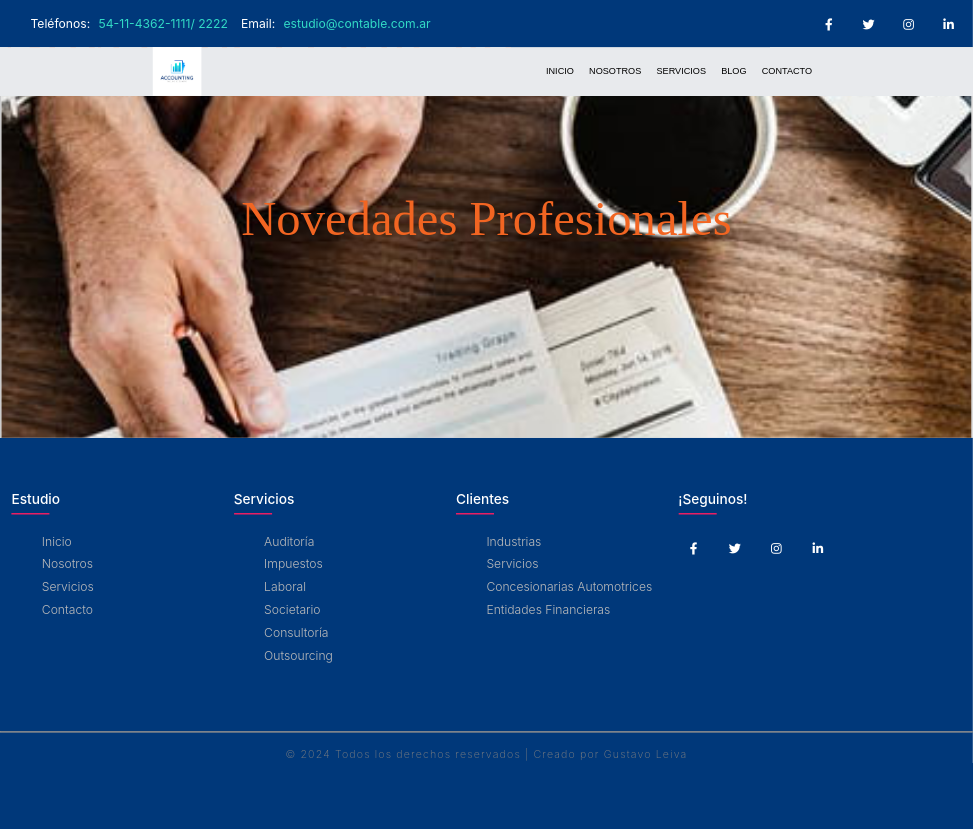
Repository: Gustavo-Leiva/estudioContable
Page: html/blog.html
These files come from the project's save history. The page is drawn as it stood at one moment and after a run of saves; the edit follows.
The browser window is 1280 px wide. The pictures show the whole page, at 76% of full size.
Some web libraries are served in a nearby version.

Above is the page before, as saved 2025-01-31 17:57:00.

### html/blog.html
<!DOCTYPE html>
<html lang="en">
<head>
    <meta charset="UTF-8">
    <meta name="viewport" content="width=device-width, initial-scale=1.0">
    <title>Blog</title>
    <script src="https://kit.fontawesome.com/363b4ef9d0.js" crossorigin="anonymous"></script>
    <link rel="stylesheet" type="text/css" href="https://cdnjs.cloudflare.com/ajax/libs/font-awesome/6.0.0/css/all.min.css">
    <link rel="stylesheet" type="text/css" href="/css/style.css">
    <script src="../js/app.js"></script>
</head>
<body>
    <header id="home" class="header">
        <nav class="nav">
            <div class="container-all">
                <div class="container-contacto">
                    <div class="contacto">
                        <ul class="nav-contacto">
                            <li>
                                <span class="contac">Teléfonos:</span>
                                <a href="#" class="phone">54-11-4362-1111/ 2222</a>
                            </li>
                            <li>
                                <span class="contac">Email:</span>
                                <a href="#" class="email">estudio@contable.com.ar</a>
                            </li>
                        </ul>
                    </div>
                    <div class="social-links">
                        <a href="#"><i class="fab fa-facebook-f"></i></a>
                        <a href="#"><i class="fab fa-twitter"></i></a>
                        <a href="#"><i class="fab fa-instagram"></i></a>
                        <a href="#"><i class="fab fa-linkedin-in"></i></a>
                    </div>
                </div>
                <div class="nav-items">
                    <img src="../img/logo2.jpg" alt="Logo del estudio" class="imagen-logo">
                    <button id="abrir" class="abrir-menu"><i class="fas fa-bars"></i></button>
                    <div class="nav-menu" id="nav">
                        <button id="cerrar" class="cerrar-menu"><i class="fa-solid fa-xmark"></i></button>
                        <ul class="nav-list">
                            <li class="menu-item"><a href="/index.html">Inicio</a></li>
                            <li class="menu-item"><a href="/html/nosotros.html">Nosotros</a></li>
                            <li class="menu-item"><a href="/html/servicios.html">Servicios</a></li>
                            <li class="menu-item"><a href="/html/blog.html">Blog</a></li>
                            <li class="menu-item"><a href="/html/contacto.html">Contacto</a></li>
                        </ul>
                    </div>
                </div>
            </div>
        </nav>
    </header>

    <section class="imagenContenedora" id="imagenContenedora">
        <img class="contenedoraBlog" src="../img/blog.jpg" alt="Imagen de blog">
        <h1 class="leyenda">Novedades Profesionales</h1>
    </section>

    <!-- Contenedor donde se cargarán dinámicamente los artículos -->
    <section id="blog-container" class="blog-container"></section>

    <footer class="footer">
        <div class="footer-container">
            <div class="row">
                <div class="footer-col">
                    <h4 class="title">Estudio</h4>
                    <ul>
                        <li><a href="#">Inicio</a></li>
                        <li><a href="#">Nosotros</a></li>
                        <li><a href="#">Servicios</a></li>
                        <li><a href="#">Contacto</a></li>
                    </ul>
                </div>
                <div class="footer-col">
                    <h4 class="title">Servicios</h4>
                    <ul>
                        <li><a href="#">Auditoría</a></li>
                        <li><a href="#">Impuestos</a></li>
                        <li><a href="#">Laboral</a></li>
                        <li><a href="#">Societario</a></li>
                        <li><a href="#">Consultoría</a></li>
                        <li><a href="#">Outsourcing</a></li>
                    </ul>
                </div>
                <div class="footer-col">
                    <h4 class="title">Clientes</h4>
                    <ul>
                        <li><a href="#">Industrias</a></li>
                        <li><a href="#">Servicios</a></li>
                        <li><a href="#">Concesionarias automotrices</a></li>
                        <li><a href="#">Entidades Financieras</a></li>
                    </ul>
                </div>
                <div class="footer-col footer-links">
                    <h4 class="title">¡Seguinos!</h4>
                    <div class="social-links">
                        <a href="#"><i class="fab fa-facebook-f"></i></a>
                        <a href="#"><i class="fab fa-twitter"></i></a>
                        <a href="#"><i class="fab fa-instagram"></i></a>
                        <a href="#"><i class="fab fa-linkedin-in"></i></a>
                    </div>
                </div>
            </div>
        </div>
        <hr>
        <p class="derechos">&copy; 2024 Todos los derechos reservados | Creado por Gustavo Leiva</p>
    </footer>


</body>
</html>

### js/app1.js
document.addEventListener("DOMContentLoaded", function () {
    // Cargar artículos desde el archivo JSON
    fetch("../js/articulos.json")
        .then(response => response.json())  // Convertir la respuesta a JSON
        .then(data => {
            const contenedor = document.querySelector(".blog-container");  // Contenedor donde se mostrarán las tarjetas

            // Iterar sobre los artículos y crear una tarjeta para cada uno
            data.forEach(articulo => {
                const card = document.createElement("div");  // Crear un nuevo contenedor para cada artículo
                card.classList.add("blog-card");  // Añadir clase de estilo a la tarjeta

                // Insertar el contenido de cada artículo dentro de la tarjeta
                card.innerHTML = `
                    <h2>${articulo.titulo}</h2>  // Título del artículo
                    <p class="summary">${articulo.resumen}</p>  // Resumen del artículo
                    <p class="full-content" style="display: none;">${articulo.contenido}</p>  // Contenido completo (oculto inicialmente)
                    <button class="read-more">Leer más</button>  // Botón para mostrar/ocultar el contenido
                    <p class="date">${articulo.fecha}</p>  // Fecha de publicación
                `;

                contenedor.appendChild(card);  // Añadir la tarjeta al contenedor de artículos
            });

            // Llamar a la función para activar los botones "Leer más"
            inicializarBotones();
        })
        .catch(error => console.error("Error cargando los artículos:", error));  // Manejo de errores
});

Loaded but not shown: js/articulos.json (14 lines, source omitted); js/app.js (25 lines, source omitted); css/style.css (1295 lines, source omitted)

After the next 2 saves:
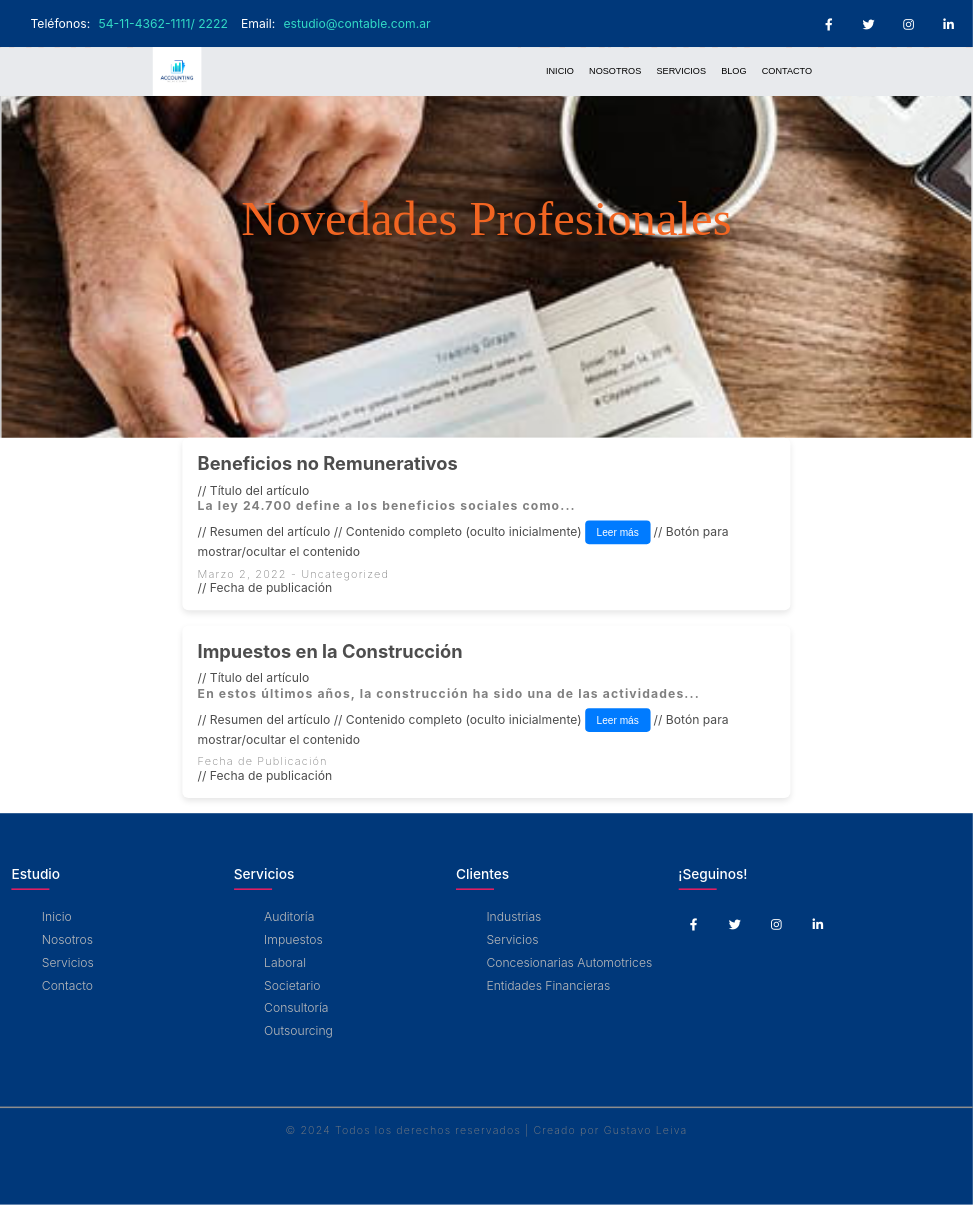
The 2 saves are shown as one change because they came seconds apart.
The last was saved 8 s later.
--- a/html/blog.html
+++ b/html/blog.html
@@ -8,6 +8,7 @@
     <link rel="stylesheet" type="text/css" href="https://cdnjs.cloudflare.com/ajax/libs/font-awesome/6.0.0/css/all.min.css">
     <link rel="stylesheet" type="text/css" href="/css/style.css">
     <script src="../js/app.js"></script>
+    <script src="../js/app1.js"></script>
 </head>
 <body>
     <header id="home" class="header">

After the 6 saves that followed:
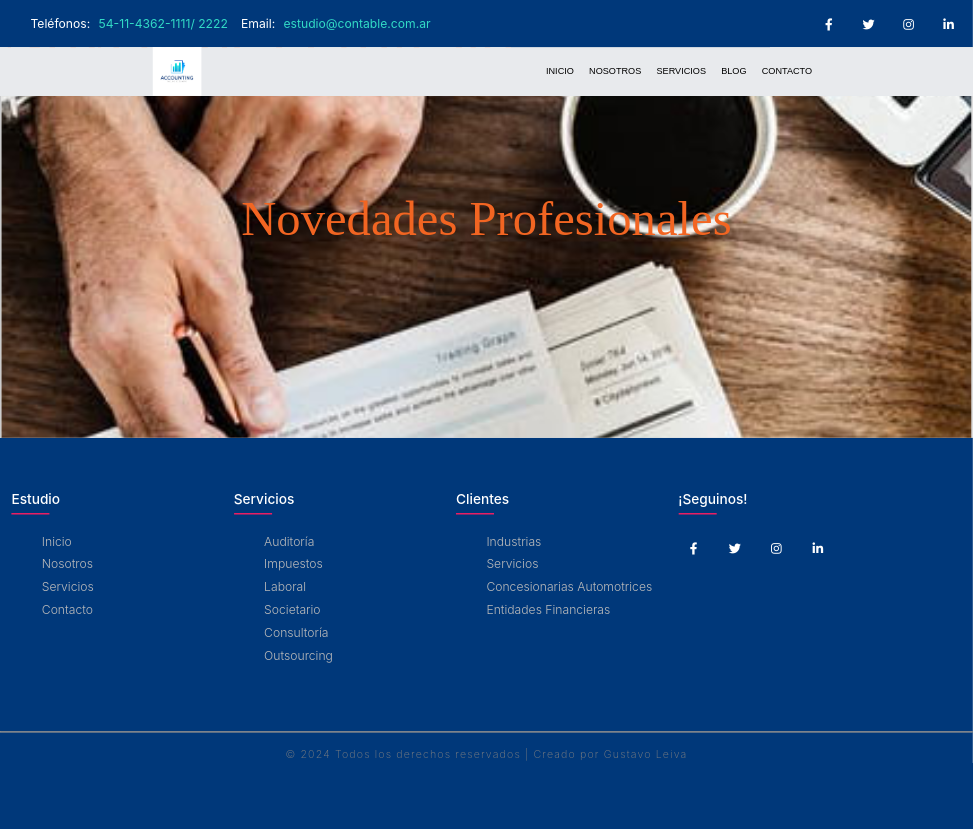
The 6 saves are shown as one change because 2 left the picture as it was and some came seconds apart.
The last was saved 7 min 54 s later.
--- a/js/app1.js
+++ b/js/app1.js
@@ -12,7 +12,7 @@ document.addEventListener("DOMContentLoaded", function () {
 
                 // Insertar el contenido de cada artículo dentro de la tarjeta
                 card.innerHTML = `
-                    <h2>${articulo.titulo}</h2>  // Título del artículo
+                    <h2>${articulos.titulo}</h2>  // Título del artículo
                     <p class="summary">${articulo.resumen}</p>  // Resumen del artículo
                     <p class="full-content" style="display: none;">${articulo.contenido}</p>  // Contenido completo (oculto inicialmente)
                     <button class="read-more">Leer más</button>  // Botón para mostrar/ocultar el contenido
@@ -26,4 +26,23 @@ document.addEventListener("DOMContentLoaded", function () {
             inicializarBotones();
         })
         .catch(error => console.error("Error cargando los artículos:", error));  // Manejo de errores
+
+        function inicializarBotones() {
+            const botones = document.querySelectorAll('.read-more');
+
+            botones.forEach(button => {
+                button.addEventListener('click', function() {
+                    const contenido = this.previousElementSibling;  // Obtener el contenido completo
+                    if (contenido.style.display === "none") {
+                        contenido.style.display = "block";  // Mostrar contenido
+                        this.textContent = "Leer menos";  // Cambiar el texto del botón
+                    } else {
+                        contenido.style.display = "none";  // Ocultar contenido
+                        this.textContent = "Leer más";  // Cambiar el texto del botón
+                    }
+                });
+            });
+        }
+
+
 });
